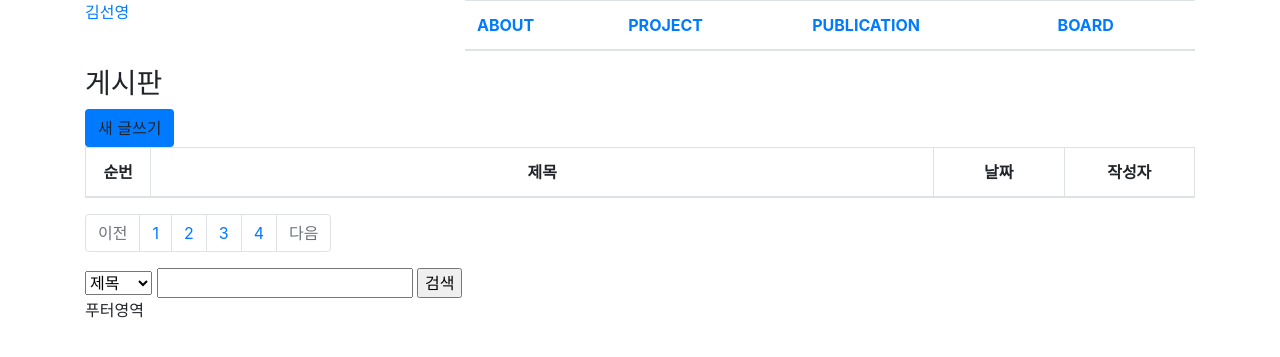
Repository: supremest35/web-projects
Page: http://localhost/noticeboard/board/list.jsp?pno=1
These files come from the project's save history. The page is drawn as it stood at one moment and after a run of saves; the edit follows.
The browser window is 1280 px wide. The pictures show the whole page.
The page is served by Tomcat 9. Queries for data that is not in the repository find no rows.

Above is the page before, as saved 2020-12-06 06:03:56.

After the next 2 saves:
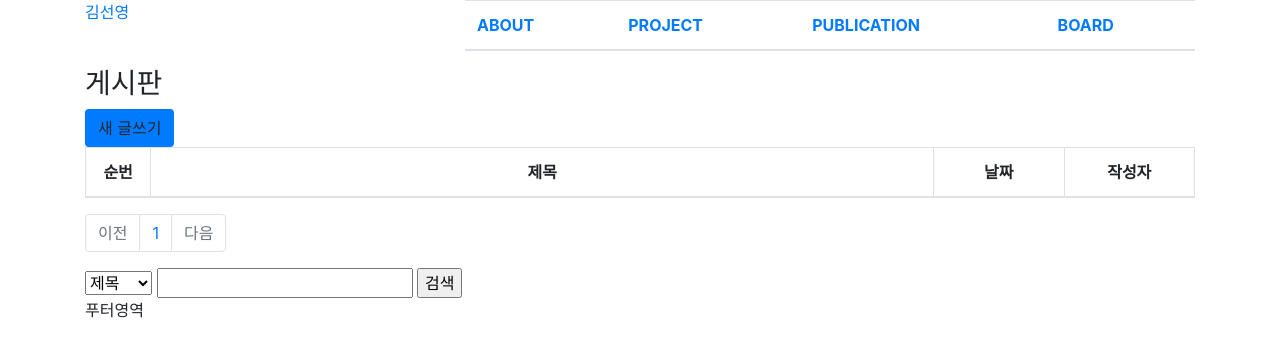
The 2 saves are shown as one change because 1 did not build or start.
The last was saved 80 s later.
--- a/noticeboard/WebContent/board/list.jsp
+++ b/noticeboard/WebContent/board/list.jsp
@@ -85,18 +85,16 @@
 					<a class="page-link" href="list.jsp?pno=<%=pageNo - 1 %>" >이전</a>
 				</li>
 
-				<li>
-					<a class="page-link" href="list.jsp?pno=1">1</a>
-				</li>
-				<li>
-					<a class="page-link" href="list.jsp?pno=1">2</a>
-				</li>
-				<li>
-					<a class="page-link" href="list.jsp?pno=1">3</a>
-				</li>
-				<li>
-					<a class="page-link" href="list.jsp?pno=1">4</a>
-				</li>
+				<%
+					for (int i=1; i<=totalPages; i++) {
+				%>
+
+					<li>
+						<a class="page-link" href="list.jsp?pno=<%= i %>"><%= i %></a>
+					</li>
+				<%
+					}
+				%>
 
 				<li class="page-item <%=pageNo == totalPages ? "disabled" : "" %>">
 					<a class="page-link" href="list.jsp?pno=<%=pageNo + 1 %>">다음</a>
